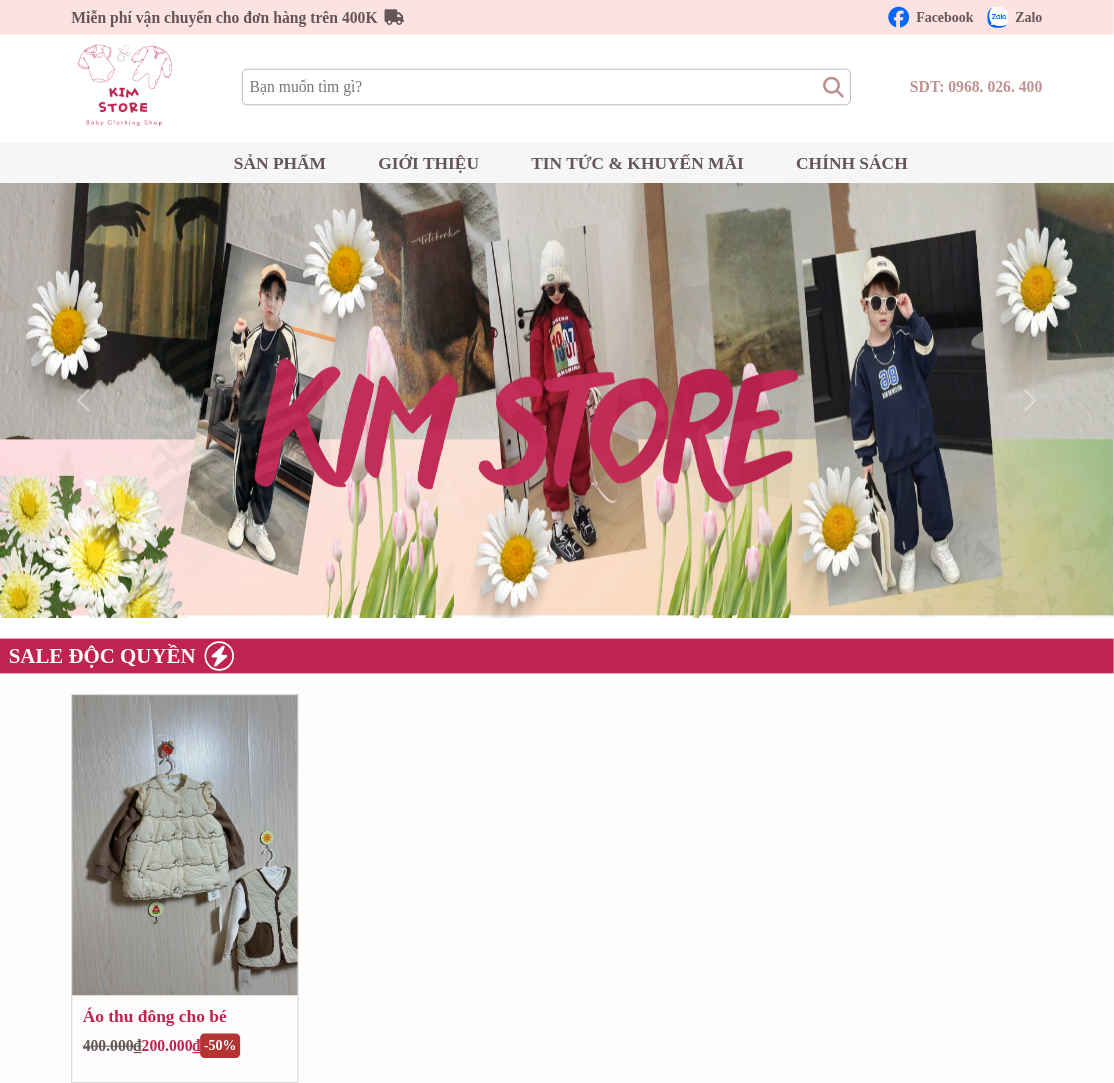
Repository: hoang28092000/kim-store
Page: index.html
An editor plug-in stored every save of this project. The page is shown before and after a run of saves, followed by the edit.
The browser window is 1280 px wide. The pictures show the whole page, at 87% of full size.
Some web libraries are served in a nearby version.

Above is the page before, as saved 2024-11-01 15:35:21.

### index.html
<!DOCTYPE html>
<html lang="en">
<head>
    <meta charset="UTF-8">
    <meta name="viewport" content="width=device-width, initial-scale=1.0">
    <link href="https://cdn.jsdelivr.net/npm/bootstrap@5.0.2/dist/css/bootstrap.min.css" rel="stylesheet" integrity="sha384-EVSTQN3/azprG1Anm3QDgpJLIm9Nao0Yz1ztcQTwFspd3yD65VohhpuuCOmLASjC" crossorigin="anonymous">
    <link rel="stylesheet" href="https://cdnjs.cloudflare.com/ajax/libs/font-awesome/6.6.0/css/all.min.css" integrity="sha512-Kc323vGBEqzTmouAECnVceyQqyqdsSiqLQISBL29aUW4U/M7pSPA/gEUZQqv1cwx4OnYxTxve5UMg5GT6L4JJg==" crossorigin="anonymous" referrerpolicy="no-referrer" />
    <link rel="stylesheet" href="asset/style.css">
    <title>KIM STORE</title>
</head>
<body>
    <div id="header">
        <div class="top_header ">
                <div class="container d-flex justify-content-between">
                    <div class="r-top_header d-flex align-items-center">
                        <p class="txt_bold mb-0 me-2">Miễn phí vận chuyển cho đơn hàng trên 400K</p>
                    <i class="fa-solid fa-truck icon-truck mb-0"></i>
                    </div>
                    <ul class="icons-header d-flex align-items-center mb-0">
                        <a href="" class="tag-a-top_header">
                            <li class="icon d-flex me-3">
                                <i class="fa-brands fa-facebook icon_fb me-2"></i>
                                <span class="txt-fb">Facebook</span>
                            </li>
                        </a>
                        <a href="" class="tag-a-top_header">
                            <li class="icon d-flex">
                                <img src="asset/image/icon_zalo.webp" alt="this is picture zalo" class="icon_zalo me-2">
                                <span class="txt-zalo">Zalo</span>
                             </li>
                        </a>
                    </ul>
                </div>
        </div>

        <div class="bottom_headder">
            <div class="container d-flex justify-content-between align-items-center">
                <a href="" class="">
                    <img src="asset/image/KIM-store.png" alt="this is logo" class="img_logo">
                </a>
                <div class="d-flex align-items-center">
                    <input type="text" class="search_header" placeholder="Bạn muốn tìm gì?">
                    <i class="fa-solid fa-magnifying-glass icon_search"></i>
                </div>
                <span class="sdt_header">SDT: 0968. 026. 400</span>
        </div>
    </div>


    <div id="navbar">
        <div class="container">
            <ul class="nav_links d-flex justify-content-center mb-0 py-2">
                <li class="item_link" ><a href="" class="nav_link">SẢN PHẨM</a></li>
                <li class="item_link" ><a href="" class="nav_link">GIỚI THIỆU</a></li>
                <li class="item_link" ><a href="" class="nav_link">TIN TỨC & KHUYẾN MÃI</a></li>
                <li class="item_link" ><a href="" class="nav_link">CHÍNH SÁCH</a></li>
            </ul>
        </div>
        <div class="banner">
            <div id="carouselExampleFade" class="carousel slide carousel-fade" data-bs-ride="carousel">
                <div class="carousel-inner">
                  <div class="carousel-item active">
                    <img src="asset/image/KIM_STORE.png" class="d-block w-100 banner" alt="this is banner">
                  </div>
                  <div class="carousel-item">
                    <img src="asset/image/banner2.png" class="d-block w-100 banner" alt="this is banner 2">
                  </div>
                  <div class="carousel-item">
                    <img src="asset/image/banner3.png" class="d-block w-100 banner" alt="this is banner 3">
                  </div>
                </div>
                <button class="carousel-control-prev" type="button" data-bs-target="#carouselExampleFade" data-bs-slide="prev">
                  <span class="carousel-control-prev-icon" aria-hidden="true"></span>
                  <span class="visually-hidden">Previous</span>
                </button>
                <button class="carousel-control-next" type="button" data-bs-target="#carouselExampleFade" data-bs-slide="next">
                  <span class="carousel-control-next-icon" aria-hidden="true"></span>
                  <span class="visually-hidden">Next</span>
                </button>
              </div>
        </div>
    </div>


    <div id="main" class="mt-4">
        <div class="title_txt d-flex align-items-center">
            <h3 class="txt_sale mb-0">SALE ĐỘC QUYỀN</h3>
            <i class="fa-solid fa-bolt icon_bold"></i>
        </div>
        <div class="container">
            <div class="row mt-4">
                <div class="col-lg-3">
                    <a href="" class="txt-decoration_none">
                        <div class="card_product">
                            <img src="asset/image/anh_1.jpg" class="img-card_product w-100" alt=" this is picture card">
                            <div class="info_card">
                                <h4 class="name_product">
                                    Áo thu đông cho bé
                                </h4>
                                <div class="price d-flex align-items-center">
                                    <p class="price-no_sale">
                                        400.000₫
                                    </p>
                                    <p class="price_sale">
                                        200.000₫
                                    </p>
                                    <p class="percent">
                                        -50%
                                    </p>
                                </div>
                            </div>
                        </div>
                    </a>
                </div>
            </div>
        </div>
    </div>


    <div id="footer">

    </div>






    <script src="https://cdn.jsdelivr.net/npm/bootstrap@5.0.2/dist/js/bootstrap.bundle.min.js" integrity="sha384-MrcW6ZMFYlzcLA8Nl+NtUVF0sA7MsXsP1UyJoMp4YLEuNSfAP+JcXn/tWtIaxVXM" crossorigin="anonymous"></script>
</body>
</html>

### asset/style.css
*{
    margin: 0;
    padding: 0;
    box-sizing: border-box;
    font-family: Montserrat;
    list-style: none;
    text-decoration: none;
}
.txt-decoration_none{
    text-decoration: none;
}
.txt-16px{
    font-size: 16px;
    color: #625656;
}
.txt_bold{
    font-size: 18px;
    color: #625656;
    font-weight: 700;
}
#header{

}
#header .top_header{
    height: 40px;
    background-color: #FDE2E2;
}
.top_header .r-top_header{
    height: 40px;
}
.top_header .icon-truck{
    font-size: 18px;
    color: #625656;
}
.top_header .tag-a-top_header{
    text-decoration: none;
}
.top_header .icon_fb{
    font-size: 24px;
    color: #0468ff;
}
.top_header .icon_zalo{
    width: 24px;
    height: 24px;
}
.top_header .txt-fb , .top_header .txt-zalo{
    font-size: 16px;
    color: #625656;
    font-weight: 600;
}
.top_header .txt-fb:hover , .top_header .txt-zalo:hover{
    color: #fff;
}

#header .bottom_headder {
    height: 124px;
}
.bottom_headder .img_logo{
    width: 120px;
    height: 120px;
}
.bottom_headder .search_header {
    width: 700px;
    height: 42px;
    font-size: 18px;
    color: #625656;
    border-radius: 6px;
    border: 1px solid #b3b0b0;
    padding-left: 8px;
    outline: none;
}
.bottom_headder .icon_search{
    font-size: 24px;
    color: #c19292;
    margin-left: -32px;
}
.bottom_headder .icon_search:hover{
    opacity: 0.7;
    cursor: pointer;
}
.bottom_headder .sdt_header{
    font-size: 18px;
    font-weight: 600;
    color: #c19292;
}


/* navbar */
#navbar{
    background: #f6f6f6;
    height: auto;
}
#navbar .nav_links{
    list-style: none;
}

.nav_links .nav_link{
    font-size: 20px;
    color: #625656;
    text-decoration: none;
    padding: 11px 30px;
    font-weight: 600;
}
.nav_links .nav_link:hover{
    background-color: #c19292;
    color: #f6f6f6;
}

#navbar .banner{
    height: 500px;
}
#main{
    background-color: #fffcfc;
}
#main .title_txt{
    background-color: #bf2352;
    height: 40px;
}
#main .txt_sale{
    font-size: 24px;
    font-weight: 700;
    color: #fff;
    padding: 10px;
}
#main .icon_bold{
    font-size: 24px;
    border: #fff 2px solid;
    border-radius: 50px;
    padding: 3px 4px 3px 5px;
    color: #fff;
}
#main .card_product{
    border: 1px solid #ccc;

}
.card_product .info_card{
    padding: 12px;
}
.card_product .info_card .name_product{
    font-size: 20px;
    color: #bf2352;
    font-weight: 600;
}
.info_card .price-no_sale{
    font-size: 18px;
    color: #625656;
    font-weight: 600;
    text-decoration: line-through;
}
.info_card  .price_sale{
    font-size: 18px;
    color: #625656;
    font-weight: 600;
    color: #bf2352;
}
.info_card .percent{
    font-size: 16px;
    color: #fff;
    font-weight: 600;
    padding: 2px 4px;
    background-color:#b12424ed;
    border-radius: 5px;
}

After the next 2 saves:
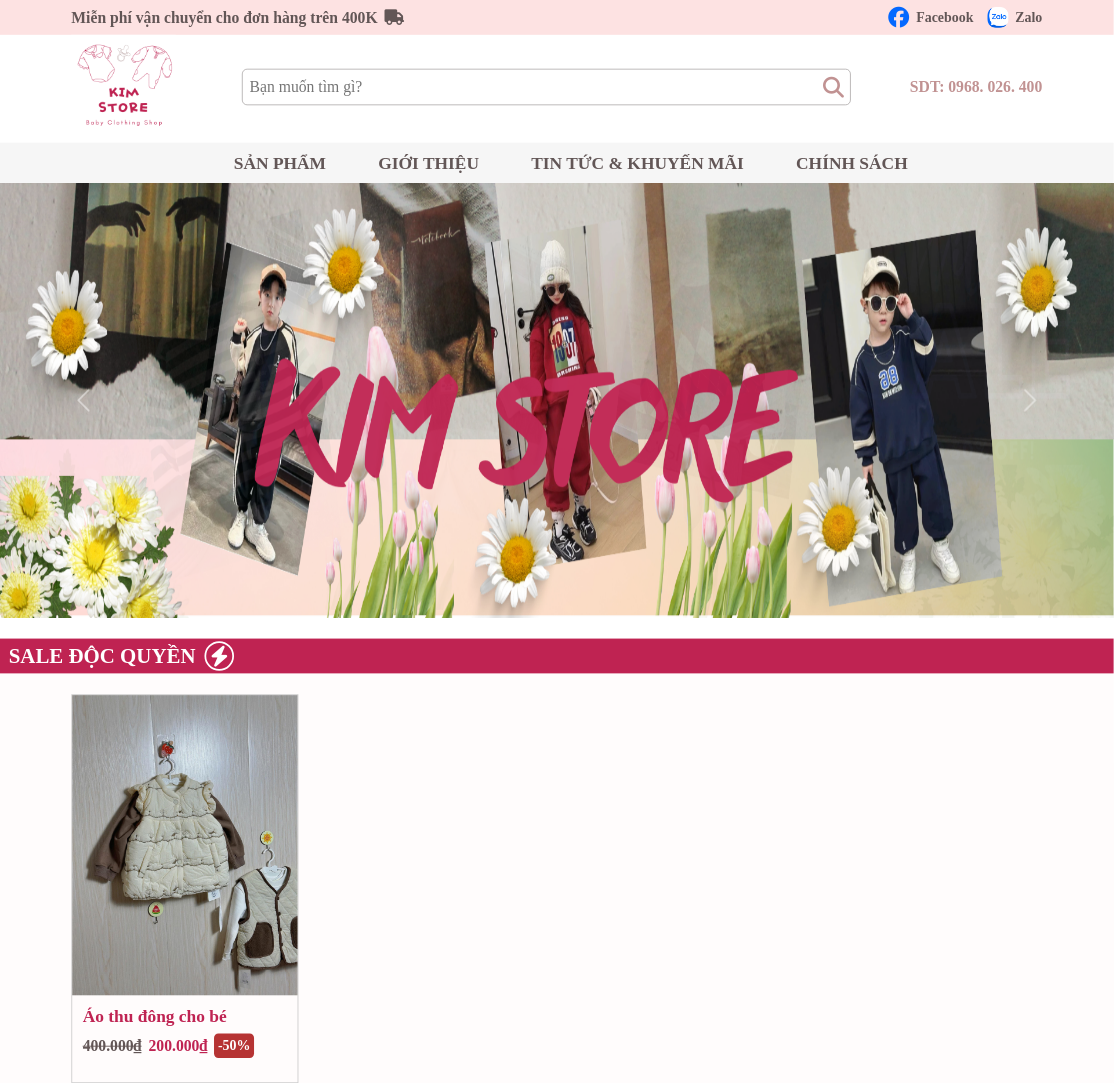
The 2 saves are shown as one change because they came seconds apart.
The last was saved 13 s later.
--- a/index.html
+++ b/index.html
@@ -98,10 +98,10 @@
                                     Áo thu đông cho bé
                                 </h4>
                                 <div class="price d-flex align-items-center">
-                                    <p class="price-no_sale">
+                                    <p class="price-no_sale me-2">
                                         400.000₫
                                     </p>
-                                    <p class="price_sale">
+                                    <p class="price_sale me-2">
                                         200.000₫
                                     </p>
                                     <p class="percent">
